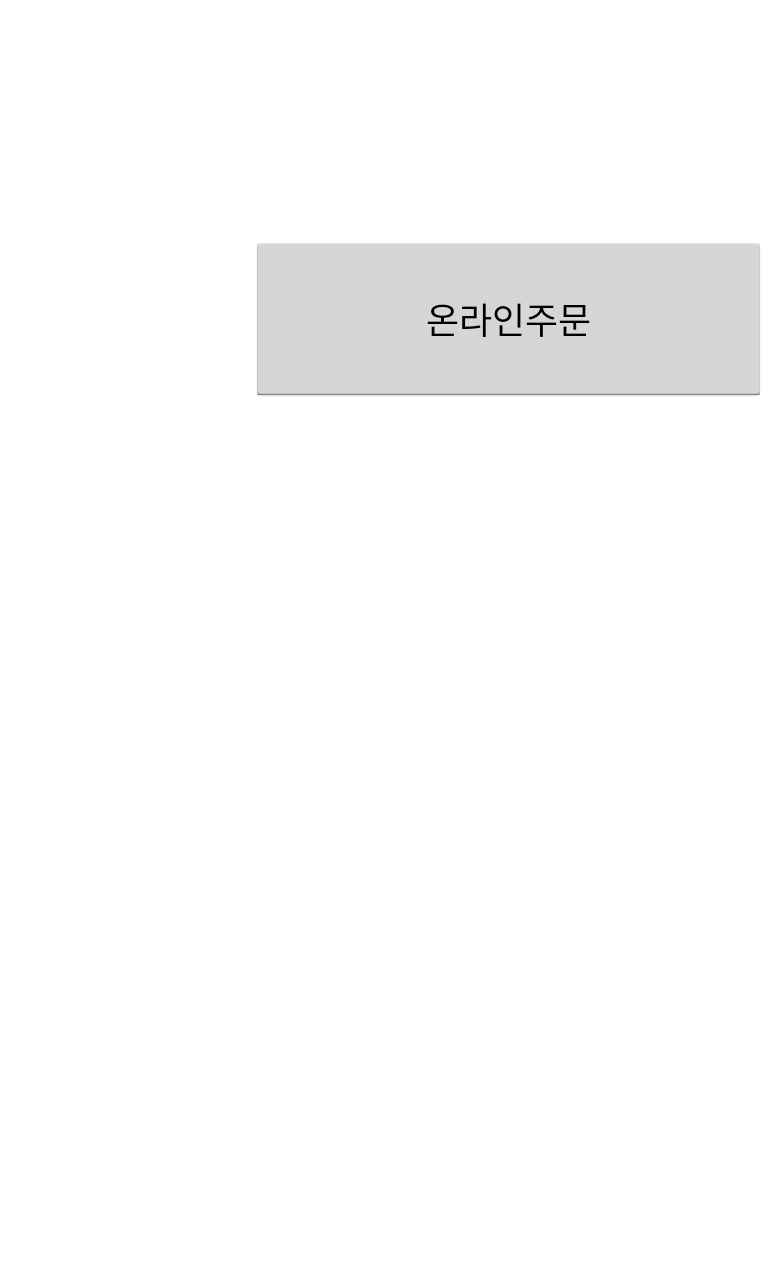
Repository: dev-sean/kosta
Layout: Wooriyo/wooriyo_and/wooriyo_and/res/layout/store_info.xml
The author's editor kept a copy of each file at every save. The layout is drawn from the files as they stood at one save, then again after the next save.
It is drawn on a 768 x 1280 px phone screen (xhdpi) without system bars, with theme AppTheme; the app's code is not run.

Above is the layout before, as saved 2014-10-25 07:41:42.

After the next save:
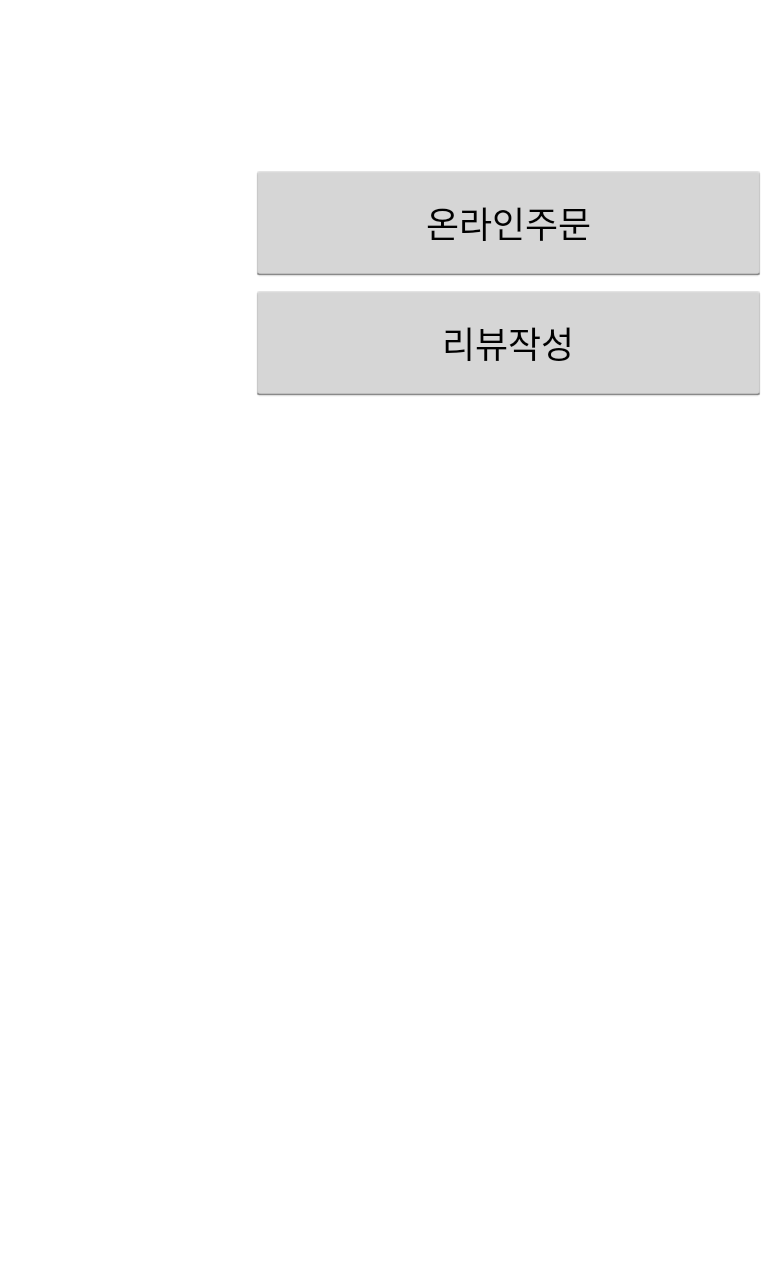
Saved 11 min 56 s later.
--- a/Wooriyo/wooriyo_and/wooriyo_and/res/layout/store_info.xml
+++ b/Wooriyo/wooriyo_and/wooriyo_and/res/layout/store_info.xml
@@ -62,6 +62,12 @@
                                 android:layout_height="wrap_content"
                                 android:layout_weight="0.4"
                                 android:text="온라인주문" />
+                            <Button
+                                android:id="@+id/button1"
+                                android:layout_width="match_parent"
+                                android:layout_height="wrap_content"
+                                android:layout_weight="0.4"
+                                android:text="리뷰작성" />
                         </LinearLayout>
                     </LinearLayout>
 
